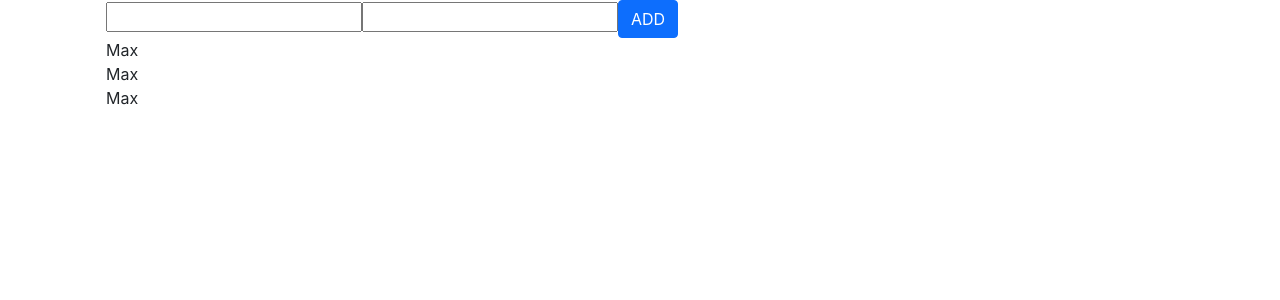
Repository: tsydikov/phone_book
Page: /
An editor plug-in stored every save of this project. The page is shown before and after the next save, followed by the edit.
The browser window is 1280 px wide. The pictures show the whole page.
The project was rebuilt for these pictures with package versions that can differ from the ones it lists, and the page was loaded fresh each time. Also part of the build but not shown: src/App.css.

Above is the page before, as saved 2021-10-07 19:10:43.

### public/index.html
<!DOCTYPE html>
<html lang="en">
  <head>
    <meta charset="utf-8" />
    <meta name="viewport" content="width=device-width, initial-scale=1" />
    <meta name="theme-color" content="#000000" />
    <link
      rel="stylesheet"
      href="https://cdn.jsdelivr.net/npm/bootstrap@5.1.1/dist/css/bootstrap.min.css"
      integrity="sha384-F3w7mX95PdgyTmZZMECAngseQB83DfGTowi0iMjiWaeVhAn4FJkqJByhZMI3AhiU"
      crossorigin="anonymous"
    />
    <title>Briz test</title>
  </head>
  <body>
    <noscript>You need to enable JavaScript to run this app.</noscript>
    <div id="root"></div>
  </body>
</html>

### src/index.js
import React from "react";
import ReactDOM from "react-dom";
import "./index.css";
import App from "./App";
import { createStore } from "redux";
import { Provider } from "react-redux";

const defaultState = {
  phoneBook: [
    { id: 1, name: "Max", phoneNamber: "063738233" },
    { id: 2, name: "Max", phoneNamber: "063738233" },
    { id: 3, name: "Max", phoneNamber: "063738233" },
  ],
};

const reducer = (state = defaultState, action) => {
  switch (action.type) {
    case "CREATE":
      return { ...state, state: state.phoneBook.push(action.payload) };
    case "DELETE":
      return {
        ...state,
        state: state.phoneBook.filter((phone) => phone.id !== action.payload && phone),
      };
    case "UPDATE":
      return state;
    default:
      return state;
  }
};

const store = createStore(reducer);

ReactDOM.render(
  <Provider store={store}>
    <App />
  </Provider>,
  document.getElementById("root")
);

### src/App.js
import React from "react";
import { Button, Col, Container, Row } from "react-bootstrap";
import { useDispatch, useSelector } from "react-redux";
import "./App.css";
import Form from "./components/Form";
import PhoneList from "./components/PhoneList";

function App() {
  const disatch = useDispatch();
  const phoneBook = useSelector((state) => state.phoneBook);
  console.log(phoneBook);
  return (
    <Container>
      <Row>
        <Col>
          <Form />
        </Col>
      </Row>
      <Row>
        <Col>
          <PhoneList />
        </Col>
      </Row>
    </Container>
  );
}

export default App;

### src/components/Form.jsx
import React from "react";
import { Button, Container } from "react-bootstrap";

const Form = () => {
  return (
    <Container>
      <input />
      <input />
      <Button>ADD</Button>
    </Container>
  );
};

export default Form;

### src/components/PhoneList.jsx
import React from 'react';
import { useSelector } from 'react-redux';
import PhoneItem from './PhoneItem';

const PhoneList = () => {
    const phoneBook = useSelector((state) => state.phoneBook);
    return (
        <div>
            {phoneBook.map(phone =>
                <PhoneItem key={phone.id} phone={phone} />
            )}

        </div>
    );
};

export default PhoneList;

### src/components/PhoneItem.jsx
import React from "react";
import { Col, Container, Row } from "react-bootstrap";

const PhoneItem = ({phone}) => {
  return (
    <Container>
      <Row>
        <Col sm>{phone.name}</Col>
        <Col sn >{phone.phone}</Col>
      </Row>
    </Container>
  );
};

export default PhoneItem;

Loaded but not shown: src/index.css (common file)

After the next save:
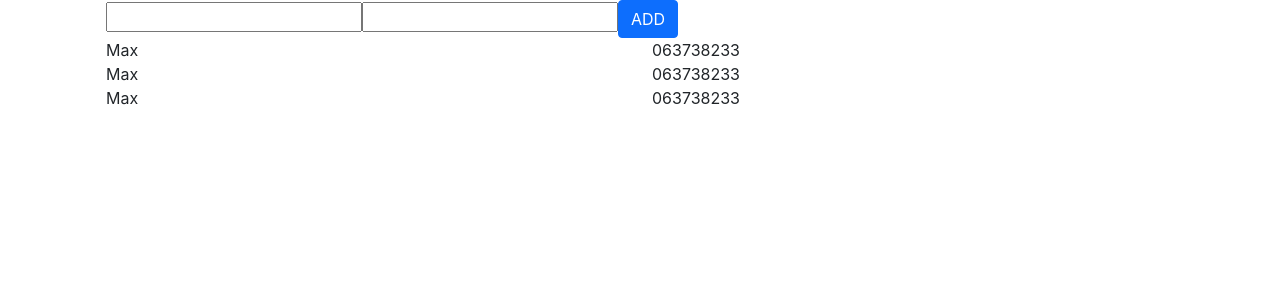
Saved 21 s later.
--- a/src/components/PhoneItem.jsx
+++ b/src/components/PhoneItem.jsx
@@ -6,7 +6,7 @@ const PhoneItem = ({phone}) => {
     <Container>
       <Row>
         <Col sm>{phone.name}</Col>
-        <Col sn >{phone.phone}</Col>
+        <Col sn >{phone.phoneNamber}</Col>
       </Row>
     </Container>
   );
